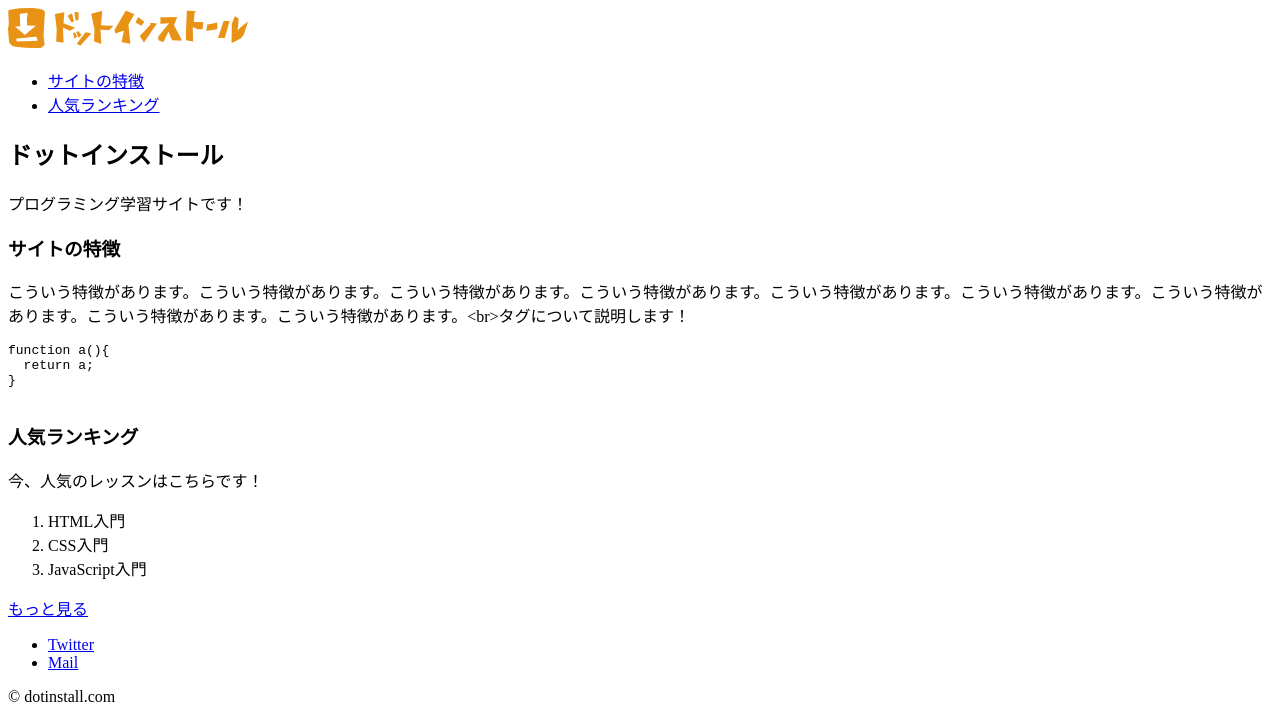
Repository: kojimayu/dotinstall-html
Page: index.html
The author's editor kept a copy of each file at every save. The page is drawn from the files as they stood at one save, then again after the next save.
The browser window is 1280 px wide. The pictures show the whole page.

Above is the page before, as saved 2019-04-05 13:00:29.

### index.html
<!DOCTYPE html>
<html lang="ja">

<head>
  <meta charset="UTF-8">
  <title>ドットインストール</title>
  <meta name="description" content="プログラミング学習サイトのドットインストールです。">
  <link rel="icon" href="img/favicon.ico">
</head>

<body>
  <header>
    <img src="img/logo.png" alt="ドットインストールのロゴです" width="240" height="40">
    <nav>
      <ul>
        <li><a href="#about">サイトの特徴</a></li>
        <li><a href="#ranking">人気ランキング</a></li>
      </ul>
    </nav>
  </header>

  <section>
    <h1>ドットインストール</h1>
    <p>プログラミング学習サイトです！</p>
    <section>
      <h1 id="about">サイトの特徴</h1>
      <p>こういう特徴があります。こういう特徴があります。こういう特徴があります。こういう特徴があります。こういう特徴があります。こういう特徴があります。こういう特徴があります。こういう特徴があります。こういう特徴があります。&lt;br&gt;タグについて説明します！</p>
      <pre>
function a(){
  return a;
}
      </pre>
    </section>
    <section>
      <h1 id="ranking">人気ランキング</h1>
      <p>今、人気のレッスンはこちらです！</p>
      <ol>
        <li>HTML入門</li>
        <li>CSS入門</li>
        <li>JavaScript入門</li>
      </ol>
      <p><a href="more_lessons.html">もっと見る</a></p>
    </section>
  </section>



  <footer>
    <ul>
      <li><a href="https://twitter.com/dotinstall" target="_blank">Twitter</a></li>
      <li><a href="mailto:taguchi@gmail.com" target="_blank">Mail</a></li>
    </ul>
    <p>&copy; dotinstall.com</p>
  </footer>
</body>

</html>

After the next save:
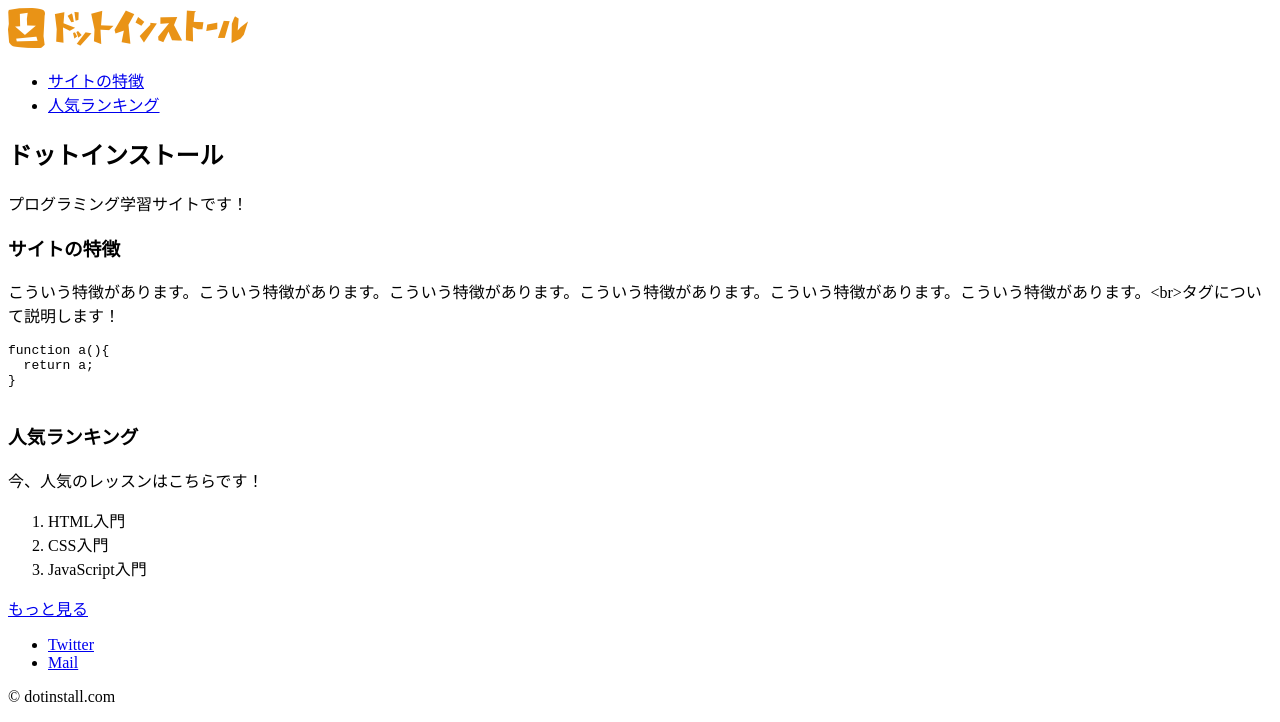
Saved 39 s later.
--- a/index.html
+++ b/index.html
@@ -24,7 +24,7 @@
     <p>プログラミング学習サイトです！</p>
     <section>
       <h1 id="about">サイトの特徴</h1>
-      <p>こういう特徴があります。こういう特徴があります。こういう特徴があります。こういう特徴があります。こういう特徴があります。こういう特徴があります。こういう特徴があります。こういう特徴があります。こういう特徴があります。&lt;br&gt;タグについて説明します！</p>
+      <p>こういう特徴があります。こういう特徴があります。こういう特徴があります。こういう特徴があります。こういう特徴があります。こういう特徴があります。&lt;br&gt;タグについて説明します！</p>
       <pre>
 function a(){
   return a;
